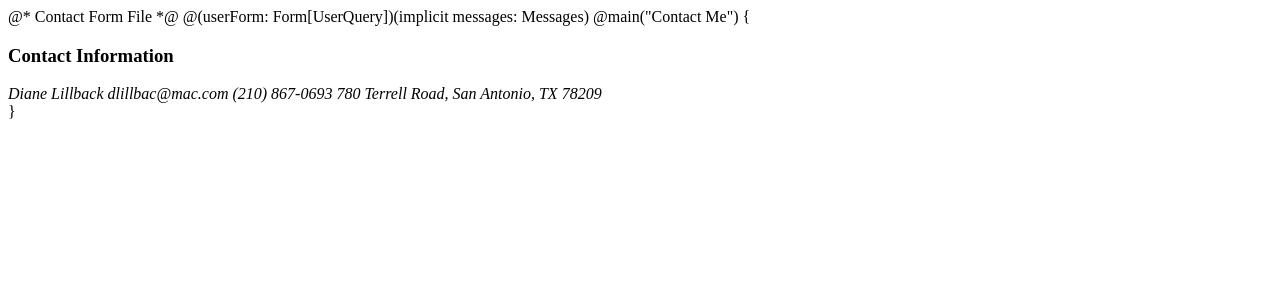
Repository: arthurfeeney/Interior-Design
Page: server/app/views/contact.scala.html
These files come from the project's save history. The page is drawn as it stood at one moment and after the next save; the edit follows.
The browser window is 1280 px wide. The pictures show the whole page.

Above is the page before, as saved 2019-03-31 19:54:58.

After the next save:
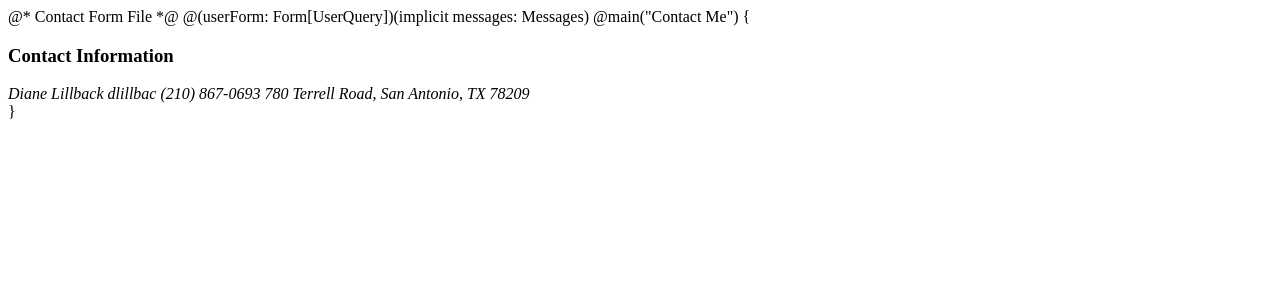
Saved 21 s later.
--- a/server/app/views/contact.scala.html
+++ b/server/app/views/contact.scala.html
@@ -5,7 +5,7 @@
 <h3> Contact Information</h3>
 <address>
   Diane Lillback
-  dlillbac@mac.com
+  dlillbac
   (210) 867-0693
   780 Terrell Road, San Antonio, TX 78209
 </address>
